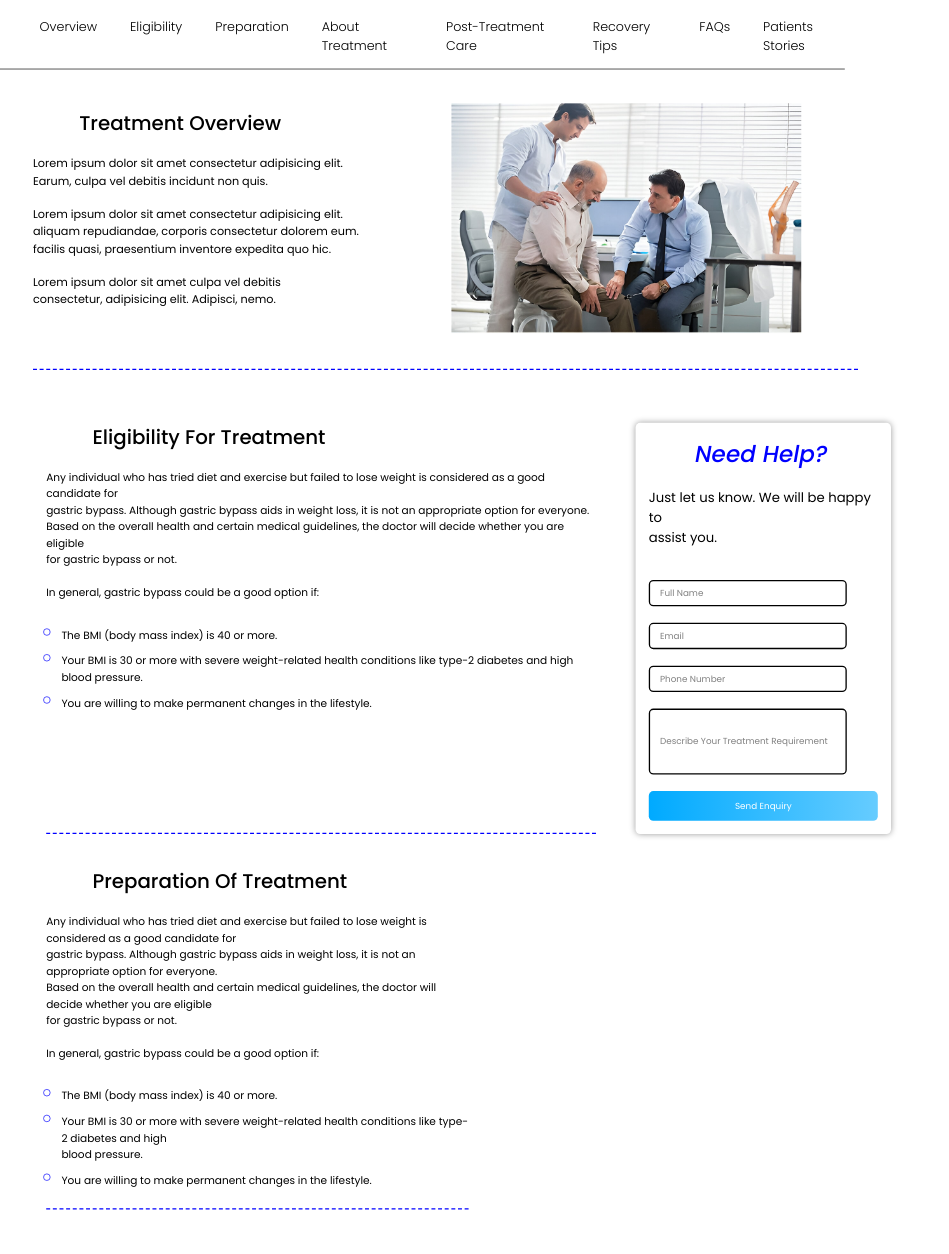
Repository: hetuk2005/webDevelopment
Page: Projects/Aafiya.html
An editor plug-in stored every save of this project. The page is shown before and after the next save, followed by the edit.
The browser window is 1280 px wide. The page is 1438 px wide, so the pictures cover 1438 px, including what lies to the right of the window. The pictures show the part of the page from y = 590 to 2490 px (the page is 6017 px tall), at 66% of full size.
Some web fonts or font styles are not loaded; a fallback is used.

Above is the page before, as saved 2025-04-08 20:09:45.

### Projects/Aafiya.html
<!DOCTYPE html>
<html lang="en">

<head>
    <meta charset="UTF-8" />
    <meta name="viewport" content="width=device-width, initial-scale=1.0" />
    <title>Hetuk</title>
    <link rel="stylesheet" href="./CSS/Aafiya.css" />
</head>

<body>
    <nav>
        <div class="child1">
            <div class="images">
                <img src="./Images/Aafiya Logo.svg" alt="Aafiya Logo" class="img1" /><br />
                <img src="./Images/Logo 2.png" alt="Logo" class="img2" />
            </div>
            <div class="image_text">
                <div class="book_text">
                    <img src="./Images/Book.svg" alt="Book" class="img3" />
                    <div class="grid">
                        <br />
                        <p class="text">Second Medical Option</p>
                        <p class="text1">Book Consultation</p>
                    </div>
                </div>
                <div class="call_text">
                    <img src="./Images/Call.svg" alt="Call" class="img4" /><br />
                    <div class="grid">
                        <br />
                        <p class="text">Call Us On</p>
                        <p class="text1">985 896 2222</p>
                    </div>
                </div>
                <div class="mail_text">
                    <img src="./Images/Mail.png" alt="Mail" class="img5" />
                    <div class="grid">
                        <br />
                        <p class="text">Email Us On</p>
                        <p class="text1">info@mediretreats.com</p>
                    </div>
                </div>
                <div class="India">
                    <img src="./Images/India.svg" alt="India Flag" class="img6" />
                    <img src="./Images/Dropdown Arrow.svg" alt="Dropdown Arrow" class="img7" />
                </div>
            </div>
        </div>
        <div class="child2">
            <ul>
                <li>Home</li>
                <li>About Us</li>
                <li>Treatments +</li>
                <li>Destinations +</li>
                <li>Hospitals</li>
                <li>FAQs</li>
                <li>Blog</li>
                <li>Request A Quote</li>
            </ul>
            <input type="search" placeholder="🔍  Search" />
        </div>
    </nav>
    <div class="home_img">
        <div class="home_child">
            <p class="home_content">Home</p>
            <span> > </span>
            <p class="home_content">Treatments</p>
            <span> > </span>
            <p class="home_content">Orthopaedics</p>
            <span> > </span>
            <p class="home_content">Knee Replacement</p>
        </div>
        <br />
        <h3>Total Knee Replacement</h3>
        <p class="home_description">
            Total knee replacement is a surgery to remove and replace the whole<br /> damaged knee joint with an artificial joint.
        </p>
        <br />
        <button class="enquire_now">Enquire Now</button>
    </div>
    <div class="nav2">
        <ul>
            <li class="list">Overview</li>
            <li>Eligibility</li>
            <li>Preparation</li>
            <li>About Treatment</li>
            <li>Post-Treatment Care</li>
            <li>Recovery Tips</li>
            <li>FAQs</li>
            <li>Patients Stories</li>
        </ul>
    </div>
    <div class="treatment_overview">
        <div class="treatment_text">
            <h3>Treatment Overview</h3>
            <br />
            <p>
                Lorem ipsum dolor sit amet consectetur adipisicing elit.<br /> Earum, culpa vel debitis incidunt non quis.
            </p>
            <p>
                Lorem ipsum dolor sit amet consectetur adipisicing elit.<br /> aliquam repudiandae, corporis consectetur dolorem eum.<br /> facilis quasi, praesentium inventore expedita quo hic.
            </p>
            <p>
                Lorem ipsum dolor sit amet culpa vel debitis<br /> consectetur, adipisicing elit. Adipisci, nemo.
            </p>
            <br /><br />
        </div>
        <div class="treatment_img">
            <img src="./Images/treatment_overview (1).jpg" alt="Image" />
        </div>
    </div>
    <div class="eligibility_for_treatment">
        <div class="eligibility_text">
            <h3>Eligibility For Treatment</h3>
            <br />
            <p>
                Any individual who has tried diet and exercise but failed to lose weight is considered as a good candidate for<br /> gastric bypass. Although gastric bypass aids in weight loss, it is not an appropriate option for everyone.<br /> Based
                on the overall health and certain medical guidelines, the doctor will decide whether you are eligible<br /> for gastric bypass or not.
            </p>
            <br />
            <p>In general, gastric bypass could be a good option if:</p>
            <br />
            <ul>
                <li>The BMI (body mass index) is 40 or more.</li>
                <li>
                    Your BMI is 30 or more with severe weight-related health conditions like type-2 diabetes and high<br /> blood pressure.
                </li>
                <li>You are willing to make permanent changes in the lifestyle.</li>
            </ul>
        </div>
        <br /><br /><br />
        <div class="eligibility_form">
            <h3>Need Help?</h3>
            <br />
            <p>
                Just let us know. We will be happy to<br /> assist you.
            </p>
            <br /><br />
            <form>
                <input type="text" placeholder="Full Name" /><br /><br />
                <input type="email" placeholder="Email" /><br /><br />
                <input type="tel" placeholder="Phone Number" /><br /><br />
                <input type="textarea" placeholder="Describe Your Treatment Requirement" class="textarea" /><br /><br />
                <button class="Enquiry">Send Enquiry</button>
            </form>
        </div>
    </div>
    <div class="preparation_of_treatment">
        <h3>Preparation Of Treatment</h3>
        <br />
        <p>
            Any individual who has tried diet and exercise but failed to lose weight is considered as a good candidate for<br /> gastric bypass. Although gastric bypass aids in weight loss, it is not an appropriate option for everyone.<br /> Based on
            the overall health and certain medical guidelines, the doctor will decide whether you are eligible<br /> for gastric bypass or not.
        </p>
        <br />
        <p>In general, gastric bypass could be a good option if:</p>
        <br />
        <ul>
            <li>The BMI (body mass index) is 40 or more.</li>
            <li>
                Your BMI is 30 or more with severe weight-related health conditions like type-2 diabetes and high<br /> blood pressure.
            </li>
            <li>You are willing to make permanent changes in the lifestyle.</li>
        </ul>
    </div>
    <div class="about_treatment">
        <h3>About Treatment</h3>
        <br />
        <p>
            Any individual who has tried diet and exercise but failed to lose weight is considered as a good candidate for<br /> gastric bypass. Although gastric bypass aids in weight loss, it is not an appropriate option for everyone.<br /> Based on
            the overall health and certain medical guidelines, the doctor will decide whether you are eligible<br /> for gastric bypass or not.
        </p>
        <br />
        <p>In general, gastric bypass could be a good option if:</p>
        <br />
        <ul>
            <li>The BMI (body mass index) is 40 or more.</li>
            <li>
                Your BMI is 30 or more with severe weight-related health conditions like type-2 diabetes and high<br /> blood pressure.
            </li>
            <li>You are willing to make permanent changes in the lifestyle.</li>
        </ul>
    </div>
    <div class="post_treatment">
        <h3>Post-Treatment Care Treatment</h3>
        <br />
        <p>
            Any individual who has tried diet and exercise but failed to lose weight is considered as a good candidate for<br /> gastric bypass. Although gastric bypass aids in weight loss, it is not an appropriate option for everyone.<br /> Based on
            the overall health and certain medical guidelines, the doctor will decide whether you are eligible<br /> for gastric bypass or not.
        </p>
        <br />
        <p>In general, gastric bypass could be a good option if:</p>
        <br />
        <ul>
            <li>The BMI (body mass index) is 40 or more.</li>
            <li>
                Your BMI is 30 or more with severe weight-related health conditions like type-2 diabetes and high<br /> blood pressure.
            </li>
            <li>You are willing to make permanent changes in the lifestyle.</li>
        </ul>
    </div>
    <div class="treatment_recovery">
        <h3>Post-Treatment Care Treatment</h3>
        <br />
        <p>
            Any individual who has tried diet and exercise but failed to lose weight is considered as a good candidate for<br /> gastric bypass. Although gastric bypass aids in weight loss, it is not an appropriate option for everyone.<br /> Based on
            the overall health and certain medical guidelines, the doctor will decide whether you are eligible<br /> for gastric bypass or not.
        </p>
        <br />
        <p>In general, gastric bypass could be a good option if:</p>
        <br />
        <ul>
            <li>The BMI (body mass index) is 40 or more.</li>
            <li>
                Your BMI is 30 or more with severe weight-related health conditions like type-2 diabetes and high<br /> blood pressure.
            </li>
            <li>You are willing to make permanent changes in the lifestyle.</li>
        </ul>
    </div>
    <div class="treatment_faqs">
        <h3>Treatment FAQs</h3>
        <br />
        <p>How do I know the clinic I am searching is verified?</p>
        <br />
        <p>
            I can't travel alone so can some family member or friend of mine accompany me?
        </p>
        <br />
        <p class="answered">
            Can I see my doctor before I decide and what about my post recovery?
        </p>
        <br />
        <p class="answer">
            <span class="left">
          Yes, pre and post treatment consultation can be done. You can speak to
          the doctor at the most<br />
          appropriate time (before you decide to travel) to boost your
          confidence. The team at<br />
          Mediretreats will also help you with arranging the OPD'S after the
          surgeries.
        </span>
        </p>
        <br />
        <a class="bottom">
        How do I share my reports and medical cases with the clinic of my
        choice?
      </a>
        <br />
    </div>
    <h3>Patients Stories & Videos</h3>
    <div class="patient_stories">
        <br />
        <div class="stories_img">
            <div class="text1">
                <p class="stories_text">
                    Underwent procedure for<br /> retinal detachment
                </p>
                <br /><br />
                <img src="./Images/Quotes.svg" alt="Quotes" class="quotes" />
            </div>
            <img src="./Images/Patient_Stories.png" alt="Image Of Patient" />
            <br />
            <div class="profile1">
                <img src="./Images/Profile.svg" alt="Luke Olfert" />
                <div class="flex">
                    <h5>Luke Olfert</h5>
                    <p>New York, USA</p>
                </div>
            </div>
        </div>
        <br><br>
        <div class="S">
            <div class="A">
                <p class="ST">
                    Underwent Colonoscope And<br> Medical Management
                </p>
                <br><br>
                <img src="./Images/Quotes.svg" alt="Quotes" class="quotes" />
            </div>
            <p>Lorem ipsum dolor sit amet consectetur adipisicing elit. Ipsa alias quae<br> eligendi eaque soluta dolore, adipisci ipsum,<br> nam minima qui libero! Perspiciatis non<br> exercitationem nemo culpa ut<br> architecto facere fugiat.<br> Lorem
                ipsum dolor sit amet consectetur adipisicing elit.<br> Soluta placeat consequuntur cumque quasi<br> recusandae earum aspernatur nobis enim non.</p>
            <br />
            <div class="P">
                <img src="./Images/Profile.svg" alt="Luke Olfert" />
                <div class="F">
                    <h5>Luke Olfert</h5>
                    <p>Sydney,Australia</p>
                </div>
            </div>
        </div>
    </div>
</body>

</html>

### Projects/CSS/Aafiya.css
@import url("https://fonts.googleapis.com/css2?family=Cedarville+Cursive&family=Poppins:ital,wght@0,100;0,200;0,300;0,400;0,500;0,600;0,700;0,800;0,900;1,100;1,200;1,300;1,400;1,500;1,600;1,700;1,800;1,900&family=Source+Sans+3:ital,wght@0,200..900;1,200..900&display=swap");
* {
    margin: 0;
    padding: 0;
    box-sizing: border-box;
    font-family: Poppins;
}

nav {
    width: 100%;
}

.child1 {
    display: flex;
    padding-top: 15px;
    gap: 20px;
    /* border: 1px solid black; */
    justify-content: space-evenly;
    align-items: center;
}

.img3,
.img4,
.img5 {
    height: 60px;
    width: 60px;
    padding-top: 10px;
    object-fit: contain;
}

.book_text,
.call_text,
.mail_text {
    display: flex;
    width: 250px;
    /* border: 1px solid red; */
    justify-content: center;
    padding-bottom: 15px;
}

.grid {
    display: grid;
    text-align: left;
    padding-left: 10px;
}

.img1 {
    height: 70px;
    width: 300px;
    object-fit: contain;
}

.img2 {
    height: 80px;
    width: 70px;
    object-fit: contain;
}

.image_text {
    display: flex;
    gap: 20px;
    padding-right: 50px;
}

.images {
    display: flex;
    gap: 25px;
    padding-left: 50px;
    justify-content: center;
    align-items: center;
}

.text1 {
    font-weight: bolder;
    font-size: 15px;
}

.text {
    font-weight: bold;
    color: gray;
    font-size: 15px;
}

.India {
    display: flex;
    padding-left: 5px;
    justify-content: center;
    gap: 8px;
}

.India>.img6 {
    height: 50px;
    /* width: 50px; */
    padding-top: 10px;
    object-fit: contain;
}

.India>.img7 {
    height: 40px;
    /* width: 40px; */
    padding-top: 23px;
    object-fit: contain;
}

.child2 {
    display: flex;
    padding-top: 10px;
    /* border: 1px solid black; */
    justify-content: space-evenly;
    align-items: center;
    color: white;
    padding-bottom: 10px;
    height: 55px;
    background-color: rgb(125, 163, 244);
}

.child2>ul {
    list-style-type: none;
    display: flex;
    gap: 40px;
    justify-content: center;
    align-items: center;
    font-size: large;
    padding-right: 60px;
}

.child2>input {
    height: 55px;
    background-color: blue;
    width: 170px;
    padding-right: 10px;
    border: 2px;
    box-shadow: 0 2px 5px rgba(0, 0, 0, 0.1);
}

.child2>input::placeholder {
    color: white;
    padding-left: 7.5px;
    font-size: large;
    opacity: 0.8;
}

.home_img {
    background-image: url(../Images/Main\ Image.jpg);
    background-position: center center;
    background-size: cover;
    background-repeat: no-repeat;
    padding: 80px 0;
    padding-left: 70px;
    position: relative;
    color: white;
}

.home_img>.home_child {
    display: flex;
    gap: 20px;
}

.home_img>.home_child>.home_content {
    font-size: 20px;
}

.home_img>.home_child>span {
    font-size: 20px;
    font-weight: bold;
}

.home_img>h3 {
    font-size: 37px;
    font-weight: normal;
    margin-bottom: 15px;
}

.home_img>.home_description {
    font-size: 19px;
    margin-bottom: 25px;
}

.home_img>.home_child>span {
    color: red;
}

.home_img>.enquire_now {
    background-color: #1da1f2;
    color: white;
    font-size: 17px;
    width: 170px;
    height: 40px;
    border: transparent;
}

.nav2>ul {
    list-style-type: none;
    display: flex;
    gap: 50px;
    padding-left: 60px;
    padding-top: 25px;
    padding-bottom: 20px;
    border-bottom: 2px solid gray;
    font-size: larger;
    font-weight: 300;
}

.nav2>ul>.list:hover {
    text-decoration: underline;
}

.treatment_overview {
    display: flex;
    width: 1250px;
    height: 455px;
    gap: 140px;
    margin-bottom: 30px;
    border-bottom: 2px dashed blue;
    margin-left: 50px;
}

.treatment_overview>.treatment_text {
    padding-top: 59px;
    /* padding-left: 50px; */
}

.treatment_overview>.treatment_text>p {
    font-size: 17px;
    padding-bottom: 25px;
}

.treatment_overview>.treatment_text>h3 {
    font-weight: 500;
    font-size: 30px;
}

.treatment_overview>.treatment_img>img {
    height: 410px;
    width: 530px;
    padding-top: 40px;
    object-fit: contain;
}

.eligibility_for_treatment {
    display: flex;
    width: 1280px;
    gap: 30px;
    padding-top: 50px;
    margin-left: 70px;
}

.eligibility_for_treatment>.eligibility_text {
    border-bottom: 2px dashed blue;
}

.eligibility_for_treatment>.eligibility_text>h3 {
    font-size: 30px;
    font-weight: 500;
}

.eligibility_for_treatment>.eligibility_text>ul {
    list-style-type: circle;
    padding-left: 23px;
}

.eligibility_for_treatment>.eligibility_text>ul>li::marker {
    color: blue;
    font-size: 30px;
    font-weight: bold;
}

.eligibility_for_treatment>.eligibility_form>h3 {
    font-size: 35px;
    color: blue;
    font-weight: 500;
    font-style: italic;
}

.eligibility_form {
    box-shadow: 0 0 10px rgba(0, 0, 0, 0.4);
    border-radius: 7px;
    padding: 20px;
}

.eligibility_for_treatment>.eligibility_form>p {
    font-size: 20px;
}

.eligibility_for_treatment>.eligibility_form>form>input {
    height: 40px;
    width: 300px;
    gap: 20px;
    border: 2px solid black;
    border-radius: 7px;
}

.eligibility_for_treatment>.eligibility_form>form>input::placeholder {
    color: gray;
    padding-left: 15px;
}

.eligibility_for_treatment>.eligibility_form>form>.textarea {
    height: 100px;
    width: 300px;
    border: 2px solid black;
    border-radius: 7px;
}


/*.eligibility_for_treatment>.eligibility_form>form>.textarea::placeholder {
    padding-bottom: 70px;
}*/

.eligibility_for_treatment>.eligibility_form>form>button {
    background: linear-gradient(to right, #00aaff, #66ccff);
    color: white;
    width: 100%;
    border-radius: 7px;
    border: none;
    height: 45px;
}

.preparation_of_treatment>h3 {
    font-size: 30px;
    font-weight: 500;
}

.preparation_of_treatment {
    border-bottom: 2px dashed blue;
    margin-bottom: 10px;
    padding-bottom: 30px;
    gap: 50px;
    padding-top: 50px;
    margin-left: 70px;
    width: 50%;
}

.preparation_of_treatment>ul {
    list-style-type: circle;
    padding-left: 23px;
}

.preparation_of_treatment>ul>li::marker {
    color: blue;
    font-size: 30px;
    font-weight: bold;
}

.about_treatment {
    border-bottom: 2px dashed blue;
    margin-bottom: 10px;
    padding-bottom: 30px;
    gap: 50px;
    padding-top: 50px;
    margin-left: 70px;
    width: 50%;
}

.about_treatment>ul {
    list-style-type: circle;
    padding-left: 23px;
}

.about_treatment>ul>li::marker {
    color: blue;
    font-size: 30px;
    font-weight: bold;
}

.about_treatment>h3 {
    font-size: 30px;
    font-weight: 500;
}

.post_treatment {
    border-bottom: 2px dashed blue;
    margin-bottom: 10px;
    padding-bottom: 30px;
    gap: 50px;
    padding-top: 50px;
    margin-left: 70px;
    width: 50%;
}

.post_treatment>ul {
    list-style-type: circle;
    padding-left: 23px;
}

.post_treatment>ul>li::marker {
    color: blue;
    font-size: 30px;
    font-weight: bold;
}

.post_treatment>h3 {
    font-size: 30px;
    font-weight: 500;
}

.treatment_recovery {
    border-bottom: 2px dashed blue;
    margin-bottom: 10px;
    padding-bottom: 30px;
    gap: 50px;
    padding-top: 50px;
    margin-left: 70px;
    width: 50%;
}

.treatment_recovery>ul {
    list-style-type: circle;
    padding-left: 23px;
}

.treatment_recovery>ul>li::marker {
    color: blue;
    font-size: 30px;
    font-weight: bold;
}

.treatment_recovery>h3 {
    font-size: 30px;
    font-weight: 500;
}

.treatment_faqs>h3 {
    font-size: 30px;
    font-weight: 500;
}

.treatment_faqs {
    border-bottom: 2px dashed blue;
    padding-bottom: 45px;
    margin-bottom: 11px;
    gap: 50px;
    padding-top: 50px;
    margin-left: 70px;
    width: 50%;
}

.treatment_faqs>p {
    border-top: 1px solid gray;
    padding-top: 15px;
    counter-reset: value;
}

.treatment_faqs>p::before {
    counter-increment: value;
    content: "+  ";
    font-weight: bold;
    color: blue;
}

.treatment_faqs>.answered {
    counter-reset: value;
}

.treatment_faqs>.answered::before {
    counter-increment: value;
    content: "-  ";
    color: blue;
}

.treatment_faqs>.bottom {
    border-bottom: 1px solid gray;
    display: block;
    padding-bottom: 15px;
    counter-reset: value;
}

.treatment_faqs>.bottom::before {
    counter-increment: value;
    content: "+  ";
    font-weight: bold;
    color: blue;
}

.treatment_faqs>.answer {
    border-top: 1px solid blue;
    border-bottom: 1px solid blue;
    padding-left: 50px;
    padding-top: 10px;
    padding-bottom: 10px;
    counter-reset: value;
}

.treatment_faqs>.answer::before {
    counter-increment: value;
    content: "";
    color: blue;
}

.treatment_faqs>.answer>.left {
    border-left: 1px solid blue;
    display: block;
    font-size: small;
    padding-left: 5px;
    color: gray;
}

.patient_stories {
    border-bottom: 2px dashed blue;
    margin-bottom: 10px;
    padding-bottom: 30px;
    gap: 50px;
    padding-top: 50px;
    margin-left: 70px;
    width: 50%;
    display: flex;
}

h3 {
    font-size: 30px;
    font-weight: 500;
    padding-left: 70px;
}

.patient_stories>.stories_img {
    border: 1px solid gray;
    width: 400px;
    padding-left: 20px;
    padding-top: 20px;
    padding-right: 20px;
}

.patient_stories>.stories_img>.text1 {
    display: flex;
    font-size: 13px;
    font-weight: 500;
}

.patient_stories>.stories_img>.text1>.quotes {
    height: 40px;
    padding-left: 150px;
}

.patient_stories>.stories_img>img {
    width: 360px;
    object-fit: contain;
}

.profile1 {
    display: flex;
    gap: 10px;
    padding: 10px 0;
}

.profile1>img {
    width: 50px;
    height: 50px;
}

.profile1>.flex>h5 {
    font-size: large;
    font-weight: normal;
}

.profile1>.flex>p {
    font-size: 13px;
    color: gray;
}

.patient_stories>.S {
    border: 1px solid gray;
    width: 400px;
    padding-left: 20px;
    padding-top: 20px;
    padding-right: 20px;
}

.patient_stories>.S>.A {
    display: flex;
    font-size: 13px;
    font-weight: 500;
}

.patient_stories>.S>.A>.quotes {
    height: 40px;
    padding-left: 150px;
}

After the next save:
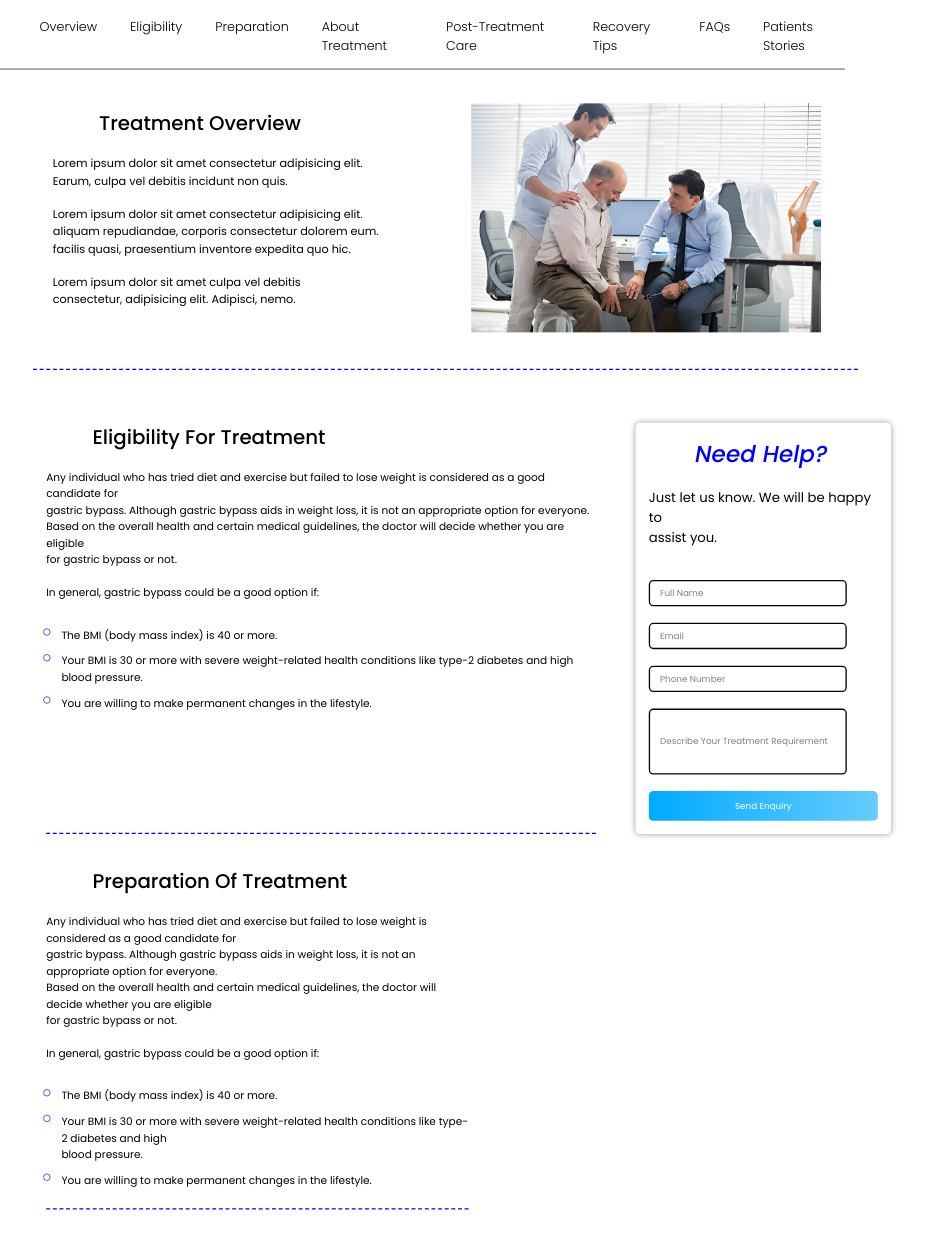
Saved 8 s later.
--- a/Projects/CSS/Aafiya.css
+++ b/Projects/CSS/Aafiya.css
@@ -217,7 +217,7 @@ nav {
 
 .treatment_overview>.treatment_text {
     padding-top: 59px;
-    /* padding-left: 50px; */
+    padding-left: 30px;
 }
 
 .treatment_overview>.treatment_text>p {
